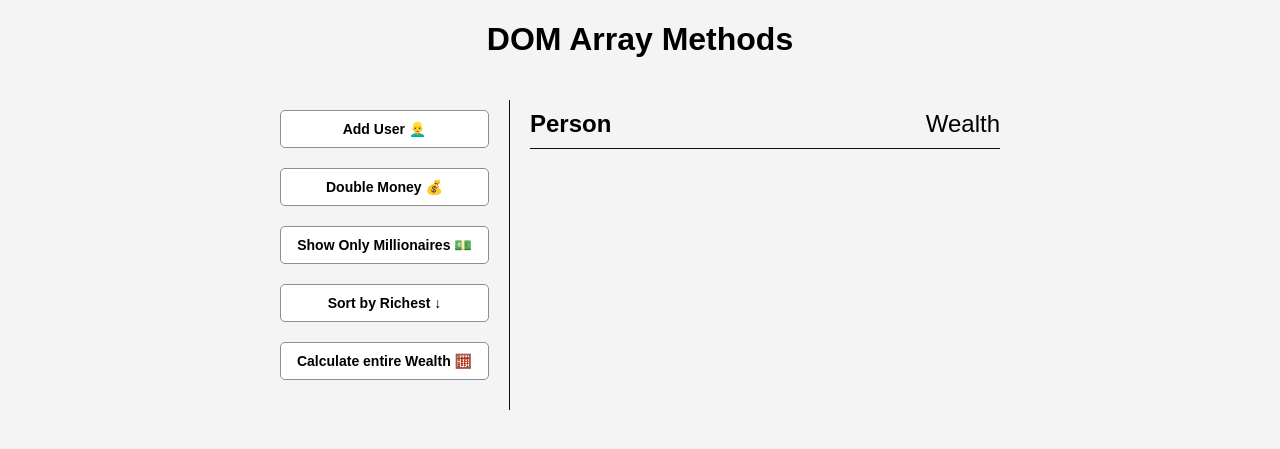
Repository: Youvelop/DOMArrayMethods
Page: index.html
The author's editor kept a copy of each file at every save. The page is drawn from the files as they stood at one save, then again after the next save.
The browser window is 1280 px wide. The pictures show the whole page.
The page's requests for data from a server got no answer.

Above is the page before, as saved 2020-07-01 14:32:36.

### index.html
<!DOCTYPE html>
<html lang="en">
  <head>
    <meta charset="UTF-8" />
    <meta name="viewport" content="width=device-width, initial-scale=1.0" />
    <link rel="stylesheet" href="style.css" />
    <title>DOM Array Methods</title>
  </head>
  <body>
    <h1>DOM Array Methods</h1>

    <div class="container">
      <aside>
        <button id="add-user">Add User 👱‍♂️</button>
        <button id="double">Double Money 💰</button>
        <button id="show-millionaire">Show Only Millionaires 💵</button>
        <button id="sort">Sort by Richest ↓</button>
        <button id="calculate-wealth">Calculate entire Wealth 🧮</button>
      </aside>
      <main id="main">
        <h2><strong>Person</strong>Wealth</h2>
      </main>
    </div>

    <script src="script.js"></script>
  </body>
</html>

### style.css
* {
  box-sizing: border-box;
}
body {
  background: #f4f4f4;
  font-family: Arial, Helvetica, sans-serif;
  display: flex;
  flex-direction: column;
  align-items: center;
  min-height: 100vh;
  margin: 0;
}

.container {
  display: flex;
  padding: 20px;
  margin: 0 auto;
  max-width: 100%;
  width: 800px;
}

aside {
  padding: 10px 20px;
  width: 250px;
  border-right: 1px solid #111;
}
button {
  cursor: pointer;
  background-color: #fff;
  border: solid 1px rgb(142, 142, 142);
  box-shadow: aliceblue;
  border-radius: 5px;
  display: block;
  width: 100%;
  padding: 10px;
  margin-bottom: 20px;
  font-weight: bold;
  font-size: 14px;
}

main {
  flex: 1;
  padding: 10px 20px;
}

h2 {
  border-bottom: 1px solid #111;
  padding-bottom: 10px;
  display: flex;
  justify-content: space-between;
  font-weight: 300;
  margin: 0 0 20px;
}
h3 {
  background-color: #fff;
  border-bottom: 1px solid #111;
  padding: 10px;
  display: flex;
  justify-content: space-between;
  font-weight: 300;
  margin: 20px 0 0;
}

.person {
  display: flex;
  justify-content: space-between;
  font-size: 20px;
  margin-bottom: 10px;
}

### script.js
const main = document.getElementById('main');
const addUserBtn = document.getElementById('add-user');
const doubleBtn = document.getElementById('double');
const showMillionairesBtn = document.getElementById('show-millionaires');
const sortBtn = document.getElementById('sort');
const calculateWealthBtn = document.getElementById('calculate-wealth');

let datd = [];

getRandomUser();
getRandomUser();
getRandomUser();

// Fetch random user and add money
async function getRandomUser() {
  const res = await fetch('https://randomuser.me/api');
  const data = await res.json();

  const user = data.results[0];

  const newUser = {
    name: `${user.name.first} ${user.name.last}`,
    money: Math.floor(Math.random() * 1000000),
  };

  addData(newUser);
}

// Add new obj to data arr
function addData(obj) {
  data.push(obj);

  updateDOM();
}

// Update DOM
function updateDOM(providedData = data) {
  // Clear main div
  main.innerHTML = '<h2><strong>Person</strong>Wealth</h2>';

  providedData.forEach((item) => {
    const element = document.createElement('div');
    element.classList.add('person');
    element.innerHTML = `<strong>${item.name}</strong> ${formatMoney(
      item.money
    )}`;
    main.appendChild(element);
  });
}

// Format number as money
function formatMoney(number) {
  return '$' + number.toFixed(2).replace(/\d(?=(\d{3})+\.)/g, '$&,');
}

// Event Listeners
addUserBtn.addEventListener('click', getRandomUser);

After the next save:
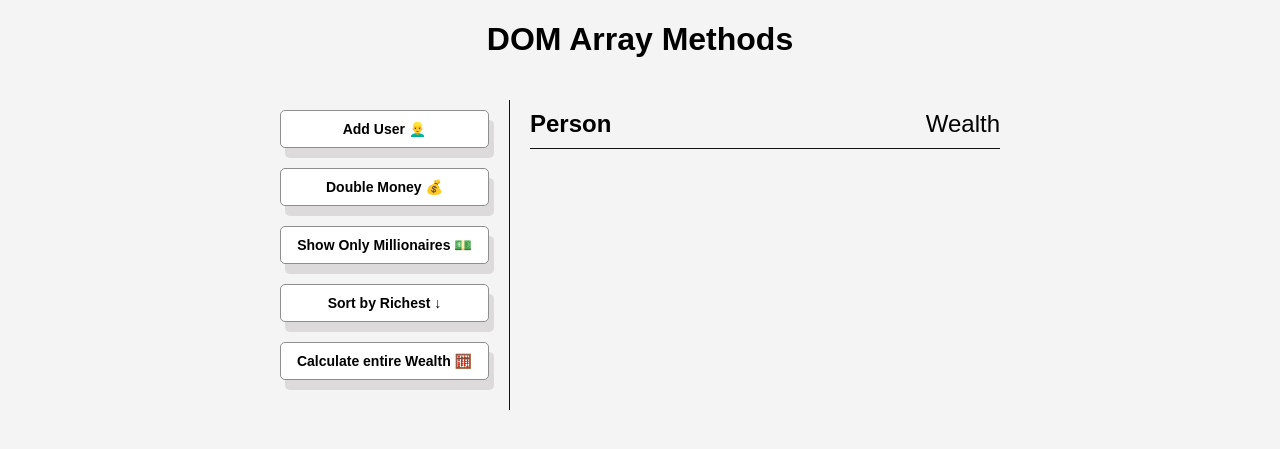
Saved 63 s later.
--- a/style.css
+++ b/style.css
@@ -28,7 +28,7 @@ button {
   cursor: pointer;
   background-color: #fff;
   border: solid 1px rgb(142, 142, 142);
-  box-shadow: aliceblue;
+  box-shadow: 5px 10px #dcdada;
   border-radius: 5px;
   display: block;
   width: 100%;
